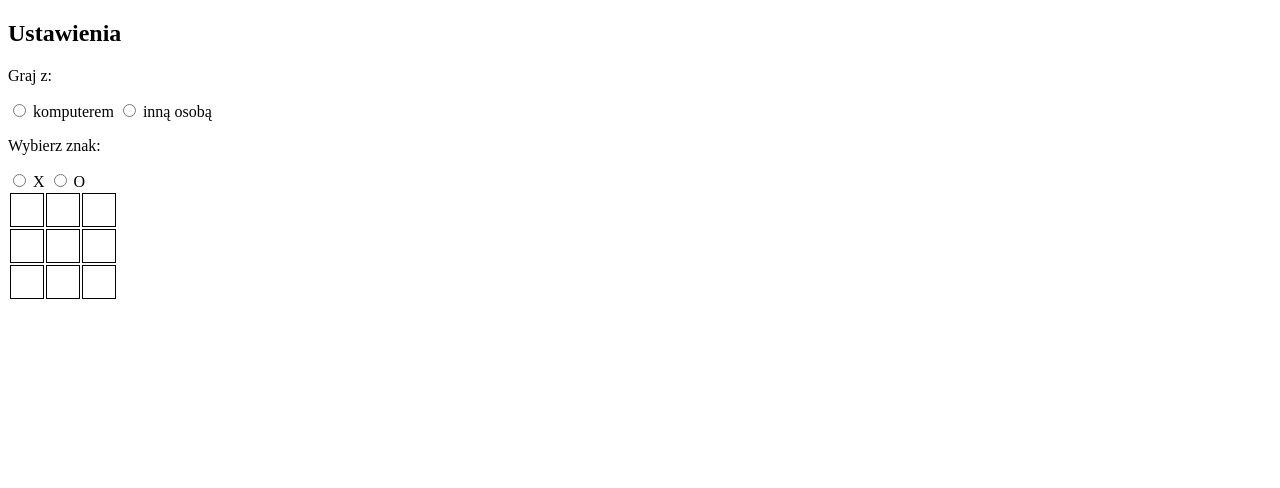
Repository: SebastianArmata22/Tic-Tac-Toe
Page: index.html
An editor plug-in stored every save of this project. The page is shown before and after the next save, followed by the edit.
The browser window is 1280 px wide. The pictures show the whole page.

Above is the page before, as saved 2020-11-03 14:12:33.

### index.html
<!DOCTYPE html>
<html>
    <head>
        <meta charset="utf-8">
        <meta http-equiv="X-UA-Compatible" content="IE=edge">
        <title></title>
        <meta name="description" content="">
        <meta name="viewport" content="width=device-width, initial-scale=1">
        <link rel="stylesheet" href="style.css">
    </head>
    <body>

        <div class="main-content">
            <div class="settings-div">
                <h2>Ustawienia</h2>
                <div class="choice">
                    <p>Graj z:</p>
                    <label><input type="radio" name="player"> komputerem</label>
                    <label><input type="radio" name="player"> inną osobą</label>

                </div>
                <div class="choice">
                    <p>Wybierz znak:</p>
                    <label><input type="radio" name="sign"> X</label>
                    <label><input type="radio" name="sign"> O</label>
                </div>
            </div>
            <div class="tic-tac-toe-div">
                <table>
                    <tr>
                        <th></th>
                        <th></th>
                        <th></th>
                    </tr>
                    <tr>
                        <th></th>
                        <th></th>
                        <th></th>
                    </tr>
                    <tr>
                        <th></th>
                        <th></th>
                        <th></th>
                    </tr>
                </table>

            </div>
        </div>

        <script src="script.js" ></script>
    </body>
</html>

### style.css
th{
border: 1px solid black;
height: 30px;
width: 30px;
}

Loaded but not shown: script.js (no copy from this time; the picture is the same without it)

After the next save:
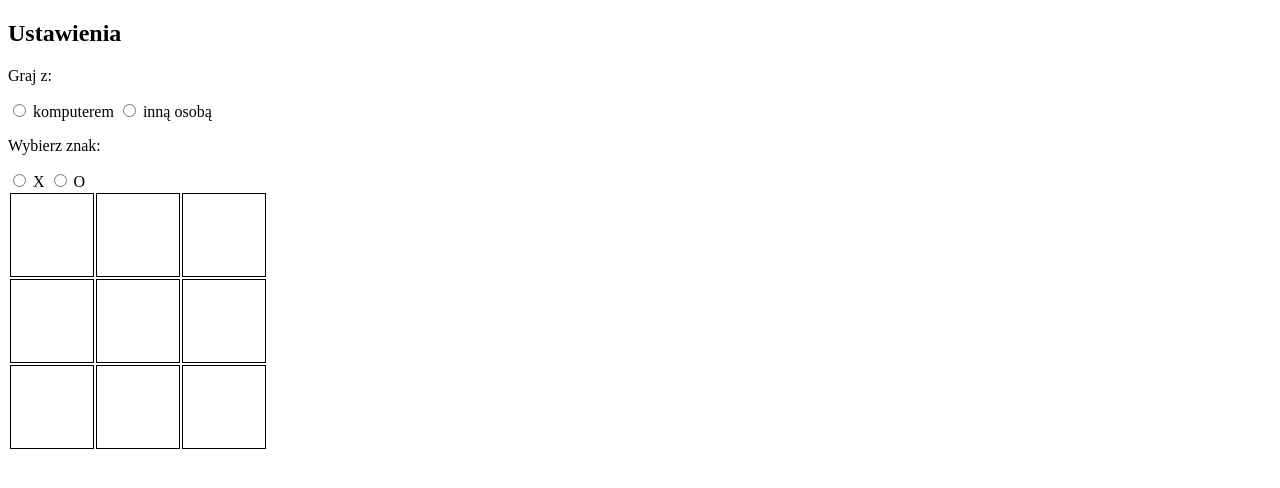
Saved 9 s later.
--- a/style.css
+++ b/style.css
@@ -1,5 +1,5 @@
 th{
 border: 1px solid black;
-height: 30px;
-width: 30px;
+height: 80px;
+width: 80px;
 }
